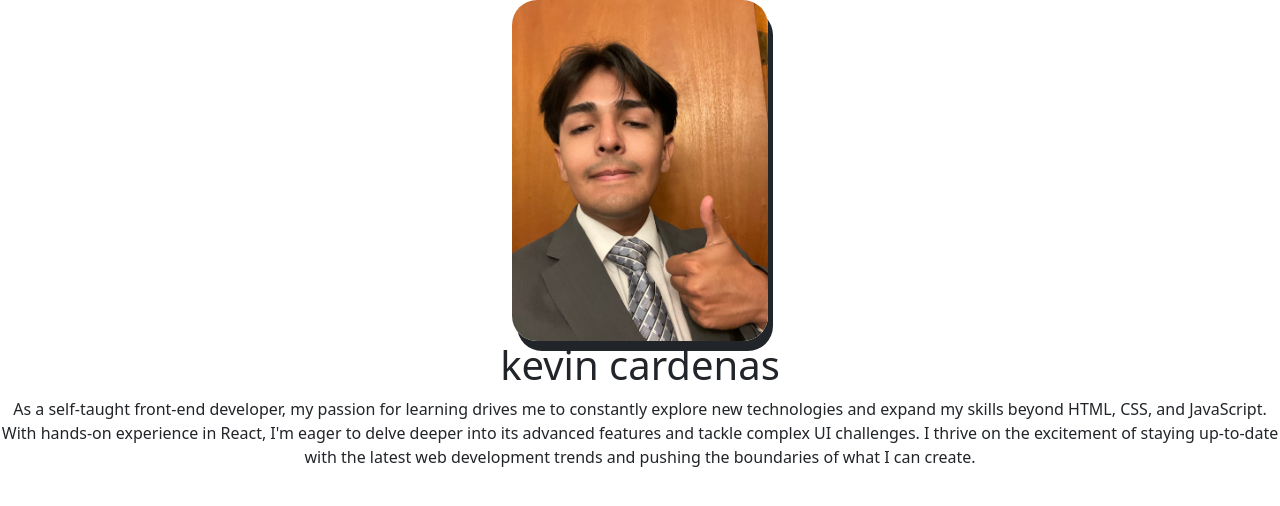
Repository: elqueben/elqueben.github.io
Page: public/index.html
The author's editor kept a copy of each file at every save. The page is drawn from the files as they stood at one save, then again after the next save.
The browser window is 1280 px wide. The pictures show the whole page.

Above is the page before, as saved 2023-06-20 11:46:52.

After the next save:
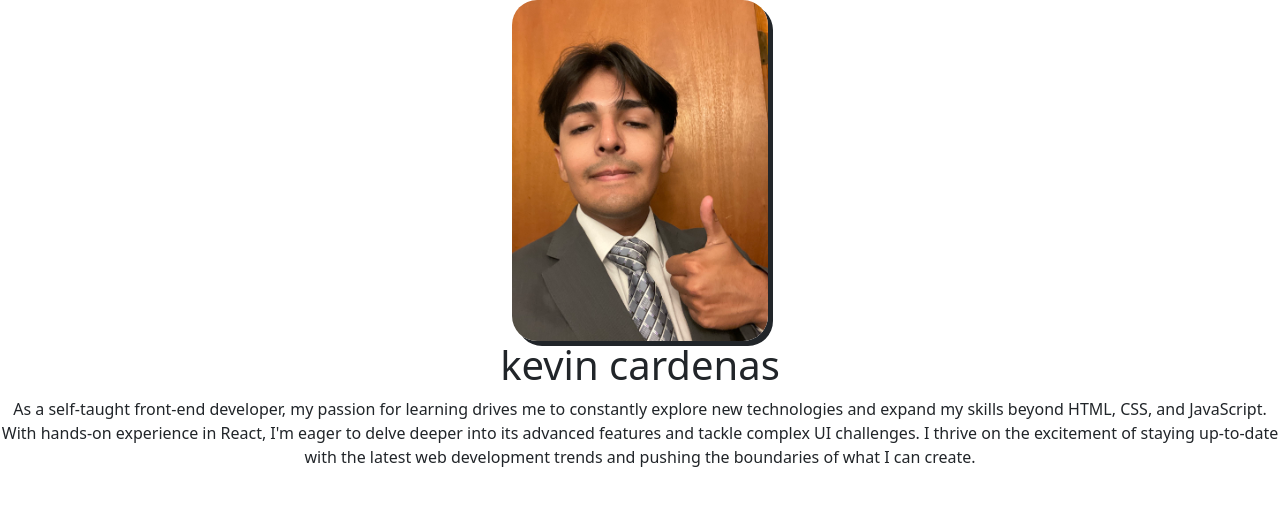
Saved 4 s later.
--- a/public/styles.css
+++ b/public/styles.css
@@ -3,5 +3,5 @@
     display: block;
     margin: 0 auto;
     border-radius: 25px;
-    box-shadow: 5px 10px;
+    box-shadow: 5px 5px;
   }
